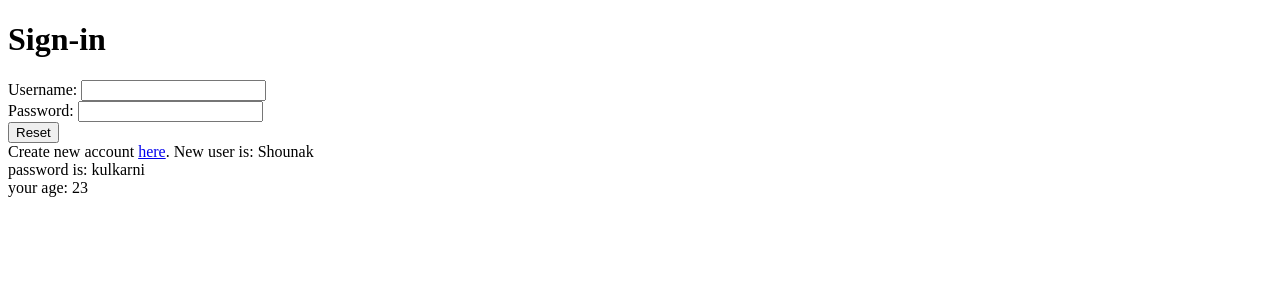
Repository: shounakmk219/training
Page: http://localhost/Fakebook/
An editor plug-in stored every save of this project. The page is shown before and after the next save, followed by the edit.
The browser window is 1280 px wide. The pictures show the whole page.
The page is served by Tomcat 9. Other server files are loaded and not shown.

Above is the page before, as saved 2019-07-10 10:10:08.

### week2/Fakebook/WebContent/index.jsp
<%@ page language="java" contentType="text/html; charset=ISO-8859-1"
    pageEncoding="ISO-8859-1"%>
<!DOCTYPE html>
<html>
<head>
<meta charset="ISO-8859-1">
<title>Fakebook</title>
</head>
<body>
	<h1>Sign-in</h1>
	<form action="sign-in" method="post">
		Username: <input type="text" name="uname"/><br>
		Password: <input type="password" name="pass"/><br
		<input type="submit" value="Sign-in">
		<input type="reset" value="Reset">
	</form>
	Create new account <a href="sign-up">here</a>.
	<jsp:useBean id="p1" class="com.model.Profile"></jsp:useBean>
	<jsp:setProperty property="uname" name="p1" value="Shounak"/>
	<jsp:setProperty property="password" name="p1" value="kulkarni"/>
	<jsp:setProperty property="age" name="p1" value="23"/>

	New user is: <jsp:getProperty property="uname" name="p1"/><br>
	password is: <jsp:getProperty property="password" name="p1"/><br>
	your age: <jsp:getProperty property="age" name="p1"/>

</body>
</html>

### week2/Fakebook/src/com/model/Profile.java
package com.model;

public class Profile {
	private String uname;
	private String password;
	private String age;
	public String getUname() {
		return uname;
	}
	public void setUname(String uname) {
		this.uname = uname;
	}
	public String getPassword() {
		return password;
	}
	public void setPassword(String password) {
		this.password = password;
	}
	public String getAge() {
		return age;
	}
	public void setAge(String age) {
		this.age = age;
	}


}

After the next save:
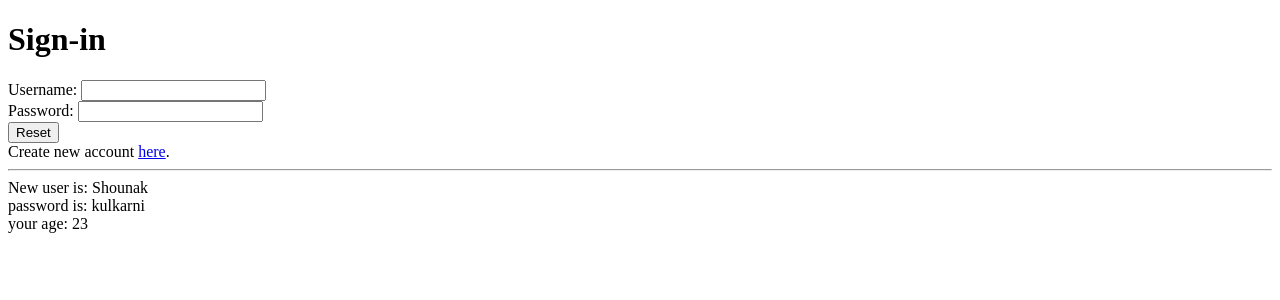
Saved 23 s later.
--- a/week2/Fakebook/WebContent/index.jsp
+++ b/week2/Fakebook/WebContent/index.jsp
@@ -14,7 +14,7 @@
 		<input type="submit" value="Sign-in">
 		<input type="reset" value="Reset">
 	</form>
-	Create new account <a href="sign-up">here</a>.
+	Create new account <a href="sign-up">here</a>.<hr>
 	<jsp:useBean id="p1" class="com.model.Profile"></jsp:useBean>
 	<jsp:setProperty property="uname" name="p1" value="Shounak"/>
 	<jsp:setProperty property="password" name="p1" value="kulkarni"/>
